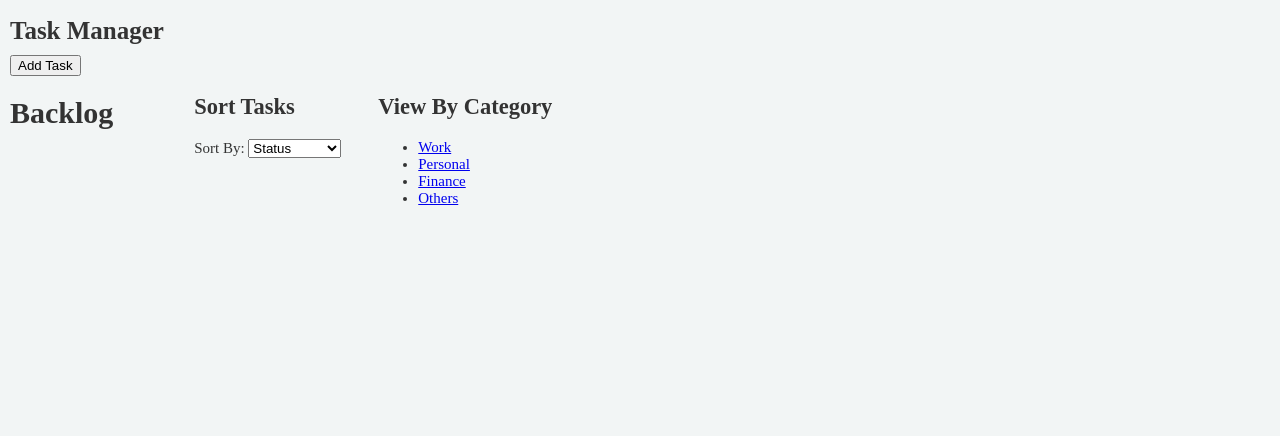
Repository: n-shen/task-tracker
Page: / (app in frontend/)
These files come from the project's save history. The page is drawn as it stood at one moment and after the next save; the edit follows.
The browser window is 1280 px wide. The pictures show the whole page.
The project was rebuilt for these pictures with package versions that can differ from the ones it lists, and the page was loaded fresh each time. Also part of the build but not shown: frontend/src/components/taskManager/addTask.jsx, frontend/src/components/tasks/task.jsx, frontend/src/components/taskManager/categoryTasks.jsx. Imported but missing from the stored project, and not drawn on this page: frontend/src/reportWebVitals.

Above is the page before, as saved 2023-04-20 13:11:31.

### frontend/public/index.html
<!DOCTYPE html>
<html lang="en">
  <head>
    <meta charset="utf-8" />
    <link rel="icon" href="%PUBLIC_URL%/favicon.ico" />
    <meta name="viewport" content="width=device-width, initial-scale=1" />
    <meta name="theme-color" content="#000000" />
    <meta
      name="description"
      content="Web site created using create-react-app"
    />
    <link rel="apple-touch-icon" href="%PUBLIC_URL%/logo192.png" />
    <!--
      manifest.json provides metadata used when your web app is installed on a
      user's mobile device or desktop. See https://developers.google.com/web/fundamentals/web-app-manifest/
    -->
    <link rel="manifest" href="%PUBLIC_URL%/manifest.json" />
    <!--
      Notice the use of %PUBLIC_URL% in the tags above.
      It will be replaced with the URL of the `public` folder during the build.
      Only files inside the `public` folder can be referenced from the HTML.

      Unlike "/favicon.ico" or "favicon.ico", "%PUBLIC_URL%/favicon.ico" will
      work correctly both with client-side routing and a non-root public URL.
      Learn how to configure a non-root public URL by running `npm run build`.
    -->
    <title>Task Tracker App</title>
  </head>
  <body>
    <noscript>You need to enable JavaScript to run this app.</noscript>
    <div id="root"></div>
    <!--
      This HTML file is a template.
      If you open it directly in the browser, you will see an empty page.

      You can add webfonts, meta tags, or analytics to this file.
      The build step will place the bundled scripts into the <body> tag.

      To begin the development, run `npm start` or `yarn start`.
      To create a production bundle, use `npm run build` or `yarn build`.
    -->
  </body>
</html>

### frontend/src/index.js
import React from "react";
import ReactDOM from "react-dom/client";
import "./styles/index.css";
import App from "./App";
import reportWebVitals from "./reportWebVitals";
import { BrowserRouter } from "react-router-dom";

const root = ReactDOM.createRoot(document.getElementById("root"));
root.render(
  <React.StrictMode>
    <BrowserRouter>
      <App />
    </BrowserRouter>
  </React.StrictMode>
);

// If you want to start measuring performance in your app, pass a function
// to log results (for example: reportWebVitals(console.log))
// or send to an analytics endpoint. Learn more: https://bit.ly/CRA-vitals
reportWebVitals();

### frontend/src/styles/index.css
body {
  margin: 0;
  font-family: -apple-system, BlinkMacSystemFont, 'Segoe UI', 'Roboto', 'Oxygen',
    'Ubuntu', 'Cantarell', 'Fira Sans', 'Droid Sans', 'Helvetica Neue',
    sans-serif;
  -webkit-font-smoothing: antialiased;
  -moz-osx-font-smoothing: grayscale;
  background-color: #f2f5f5;
}

code {
  font-family: source-code-pro, Menlo, Monaco, Consolas, 'Courier New',
    monospace;
}

html {
  font-size: 62.5%;
}

### frontend/src/App.js
import React from "react";
import TaskManager from "./components/taskManager/manager";


function App() {
  return (
    <div className="App">
      <TaskManager />
    </div>
  );
}

export default App;

### frontend/src/components/taskManager/manager.jsx
import React, { useState, useEffect } from "react";
import AddTaskForm from "./addTask";
import TaskList from "../tasks/taskLists";
import SortTasks from "./sortTasks";
import ViewByCategory from "./viewByCategory";
import CategoryTask from "./categoryTasks";
import { Routes, Route } from "react-router-dom";
import "../../styles/manager.css";

const TaskManager = () => {
  const [tasks, setTasks] = useState(
    JSON.parse(localStorage.getItem("tasks")) || []
  );
  const [showAddTask, setShowAddTask] = useState(false);

  useEffect(() => {
    localStorage.setItem("tasks", JSON.stringify(tasks));
  }, [tasks]);

  const handleAddTask = (task) => {
    setTasks([...tasks, task]);
    setShowAddTask(false);
  };

  const handleShowAddTask = () => {
    setShowAddTask(true);
  };

  const handleHideAddTask = () => {
    setShowAddTask(false);
  };

  const handleDeleteTask = (index) => {
    const newTasks = [...tasks];
    newTasks.splice(index, 1);
    setTasks(newTasks);
  };

  const handleEditTask = (index, newTask) => {
    const newTasks = [...tasks];
    newTasks[index] = newTask;
    setTasks(newTasks);
  };

  return (
    <div className="taskManager">
      <div className="taskManager--wrapper">
        <h1 className="taskManager--title">Task Manager</h1>
          <div className="taskManager--addTask">
            <div className="taskManager--addTask__btn">
              <button onClick={handleShowAddTask} className="addTask-btn">
                Add Task
              </button>
            </div>
            <div className="taskManager--addTask__container">
              {showAddTask && (
                <AddTaskForm
                  onAdd={handleAddTask}
                  onHideAddTask={handleHideAddTask}
                />
              )}
            </div>
          </div>
          <div className="taskManager--grid">
          <div className="taskManager--taskList">
            <TaskList
              tasks={tasks}
              onDelete={handleDeleteTask}
              onEdit={handleEditTask}
            />
          </div>
          <div className="taskManager--sort">
            <SortTasks tasks={tasks} />
          </div>
          <div className="taskManager--view">
            <Routes>
              <Route path="/" element={<ViewByCategory tasks={tasks} />} />
              <Route
                path="/category/:category"
                element={<CategoryTask tasks={tasks} />}
              />
            </Routes>
          </div>
        </div>
      </div>
    </div>
  );
};

export default TaskManager;

### frontend/src/components/tasks/taskLists.jsx

import React from "react";
import Task from "./task";

const TaskList = ({ tasks, onDelete, onEdit }) => {
  return (
    <div>
      <h1 className="">Backlog</h1>
      {tasks.map((task, index) => (
        <Task
          key={index}
          index={index}
          task={task}
          onDelete={onDelete}
          onEdit={onEdit}
        />
      ))}
    </div>
  );
};

export default TaskList;

### frontend/src/components/taskManager/sortTasks.jsx
import { React, useState } from "react";

const SortTask = ({ tasks }) => {
  const [sortBy, setSortBy] = useState("status");

  const sortedTasks =
    tasks?.slice().sort((a, b) => {
      switch (sortBy) {
        case "title":
          return a.title.localeCompare(b.title);
        case "status":
          return a.status.localeCompare(b.status);
        case "dateAdded":
          return new Date(a.dateAdded) - new Date(b.dateAdded);
        case "dueDate":
          return new Date(a.dueDate) - new Date(b.dueDate);
        case "category":
          return a.category.localeCompare(b.category);
        default:
          return 0;
      }
    }) || [];

  const handleSortBy = (e) => {
    setSortBy(e.target.value);
  };

  return (
    <div>
      <h2>Sort Tasks</h2>
      <div>
        <label htmlFor="sort">Sort By: </label>
        <select name="sort" value={sortBy} onChange={handleSortBy}>
          <option value="title">Title</option>
          <option value="status">Status</option>
          <option value="dateAdded">Date Added</option>
          <option value="dueDate">Due Date</option>
        </select>
      </div>
      <div>
        <ul>
          {sortedTasks.map((task, index) => (
            <li key={index}>
              <h4>{task.title}</h4>
              <p>{task.description}</p>
              <p>Status: {task.status}</p>
              <p>Date Added: {task.dateAdded}</p>
              <p>Due Date: {task.dueDate}</p>
              <p>Category: {task.category}</p>
            </li>
          ))}
        </ul>
      </div>
    </div>
  );
};

export default SortTask;

### frontend/src/components/taskManager/viewByCategory.jsx
import React from "react";
import { Link, useParams } from "react-router-dom";

const ViewByCategory = ({ tasks }) => {
  const categories = ["Work", "Personal", "Finance", "Others"];
  const { category } = useParams();

  const tasksByCategory = (category) => {
    return tasks.filter((task) => task.category === category);
  };

  return (
    <div>
      <h2>View By Category</h2>
      <ul>
        {categories.map((categoryName) => (
          <li key={categoryName}>
            <Link to={`/category/${categoryName}`}>
              {categoryName}
            </Link>
          </li>
        ))}
      </ul>
      {category && (
        <div>
          <h3>{category}</h3>
          <ul>
            {tasksByCategory(category).map((task, index) => (
              <li key={index}>
                <div>Title: {task.title}</div>
                <div>Description: {task.description}</div>
                <div>Status: {task.status}</div>
                <div>Due Date: {task.dueDate}</div>
                <div>Category: {task.category}</div>
              </li>
            ))}
          </ul>
        </div>
      )}
    </div>
  );
};

export default ViewByCategory;

### frontend/src/styles/manager.css
.taskManager {
    background-color: #f2f5f5;
    width: 100%;
    min-height: 100vh;
    display: flex;
    flex-direction: column;
    align-items: flex-start;
    font-family: 'Fira Sans';
    font-size: 1.5rem;
    font-weight: 400;
    color: #333;
}

.taskManager--wrapper {
    padding: 0 1rem;
}

.taskManager--title {
    font-size: 2.5rem;
    font-weight: 700;
    margin-bottom: 1rem;
}

.taskManager--grid {
    display: grid;
    grid-template-columns: repeat(3, 1fr);
    grid-gap: 1rem;
    width: 100%;
}

After the next save:
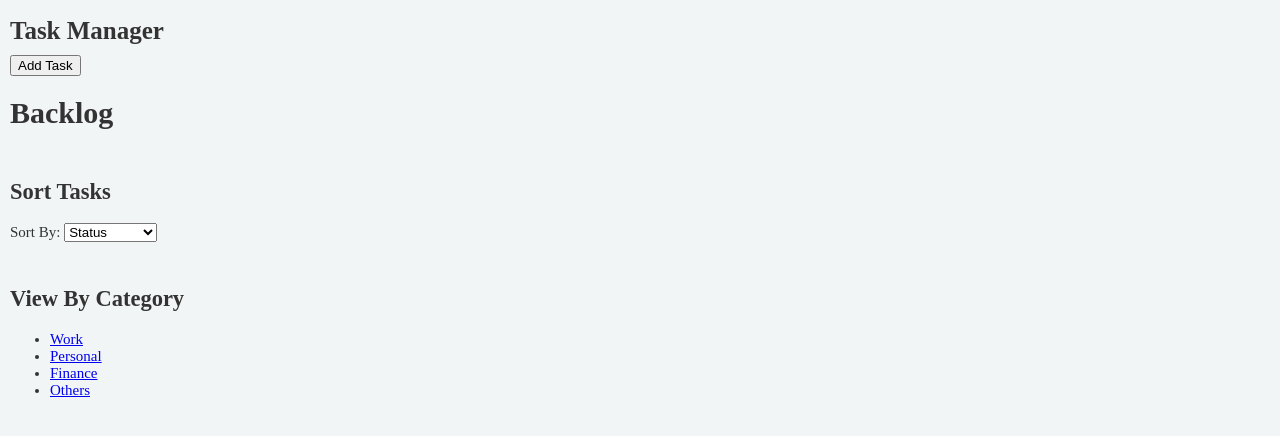
Saved 77 s later.
--- a/frontend/src/styles/manager.css
+++ b/frontend/src/styles/manager.css
@@ -23,7 +23,7 @@
 
 .taskManager--grid {
     display: grid;
-    grid-template-columns: repeat(3, 1fr);
+    grid-template-columns: repeat(3, min-);
     grid-gap: 1rem;
     width: 100%;
 }

After the 2 saves that followed:
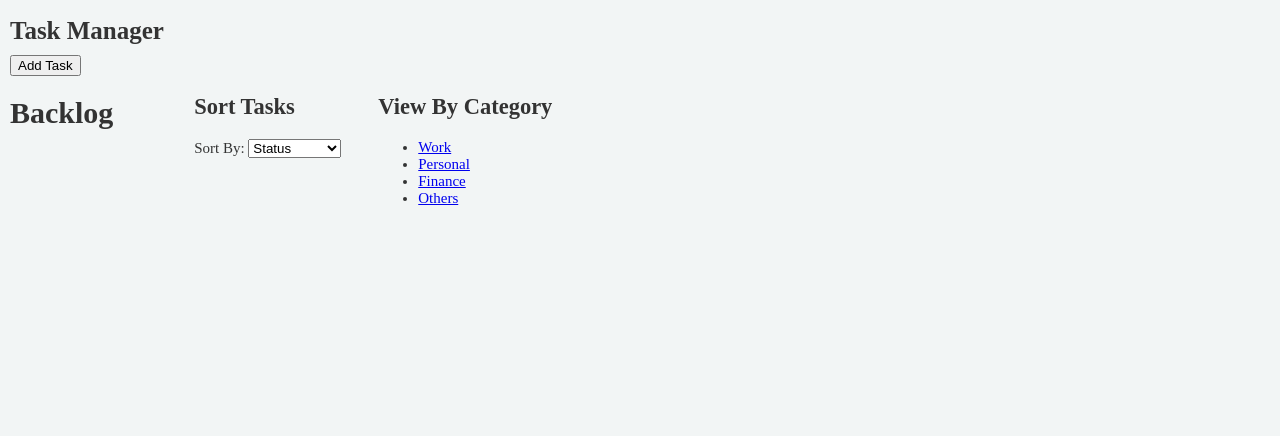
The 2 saves are shown as one change because 1 left the picture as it was.
The last was saved 16 s later.
--- a/frontend/src/styles/manager.css
+++ b/frontend/src/styles/manager.css
@@ -23,7 +23,7 @@
 
 .taskManager--grid {
     display: grid;
-    grid-template-columns: repeat(3, min-);
+    grid-template-columns: repeat(3, minmax(5rem, 1fr));
     grid-gap: 1rem;
     width: 100%;
 }
